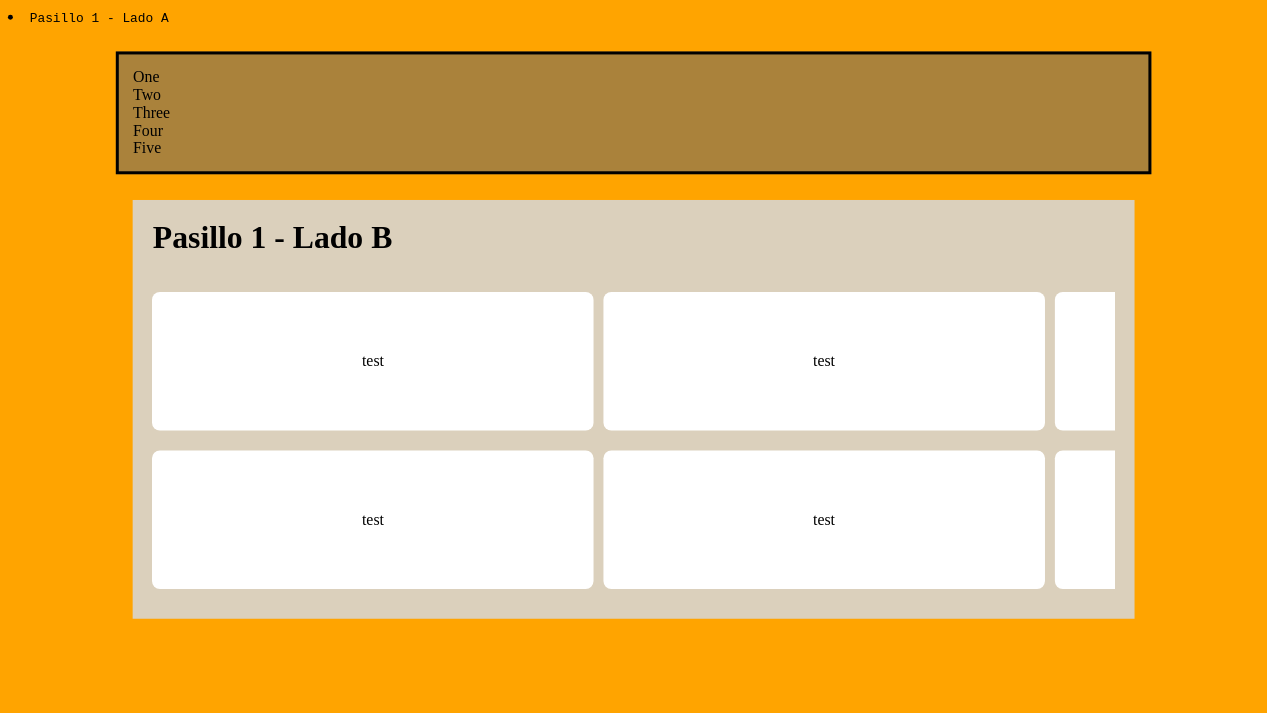
Repository: Franzcod/DepoStock_Web
Page: index.html
These files come from the project's save history. The page is drawn as it stood at one moment and after the next save; the edit follows.
The browser window is 1280 px wide. The pictures show the whole page, at 99% of full size.

Above is the page before, as saved 2020-06-07 02:30:23.
Console error: ReferenceError: ur is not defined

After the next save:
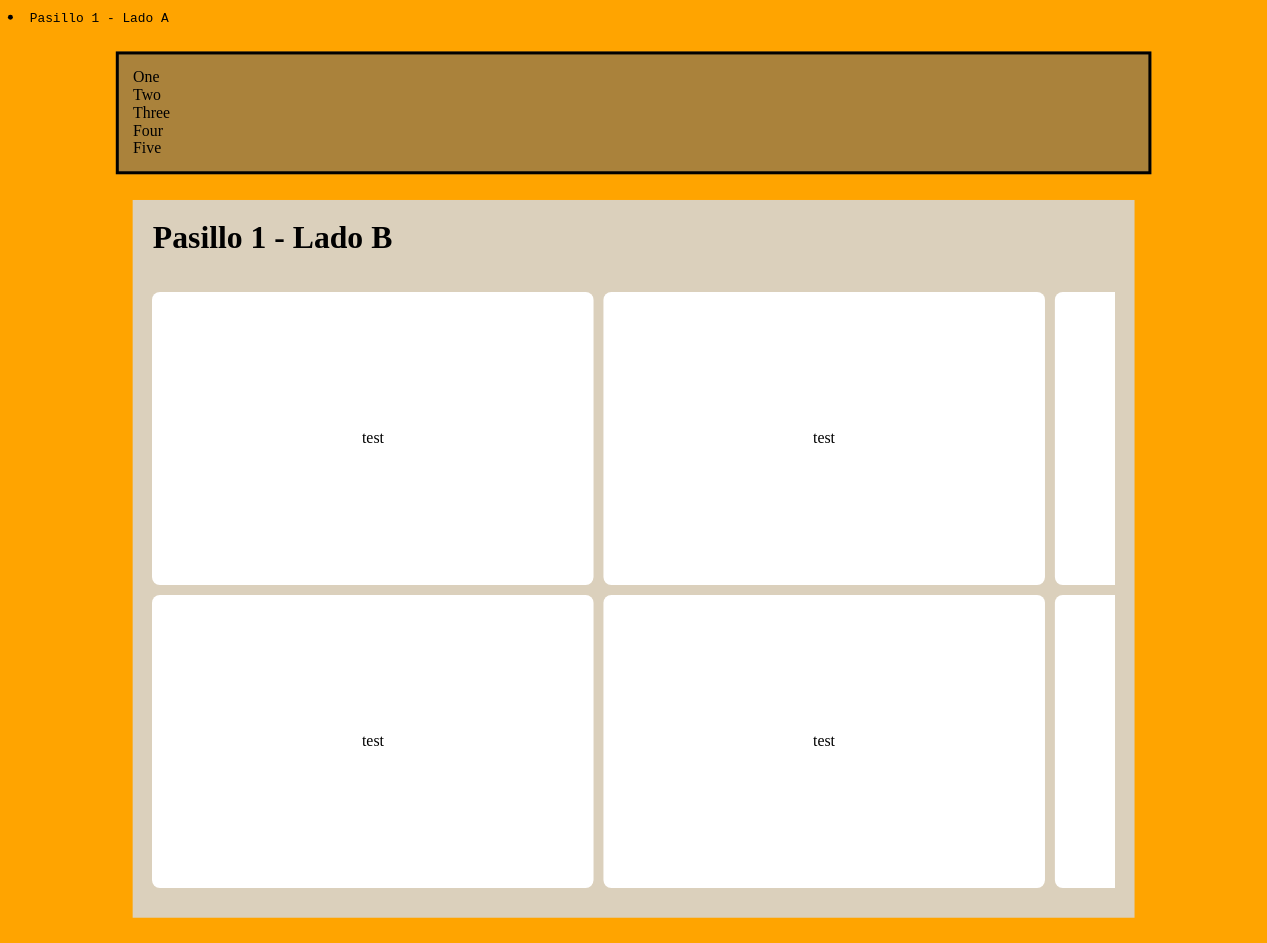
Saved 11 s later.
--- a/estilo/estilo.css
+++ b/estilo/estilo.css
@@ -77,5 +77,5 @@ justify-content: center;
 align-items: center;
 background: #fff;
 border-radius: 8px;
-height: 100px;
+height: 20vw;
 }
